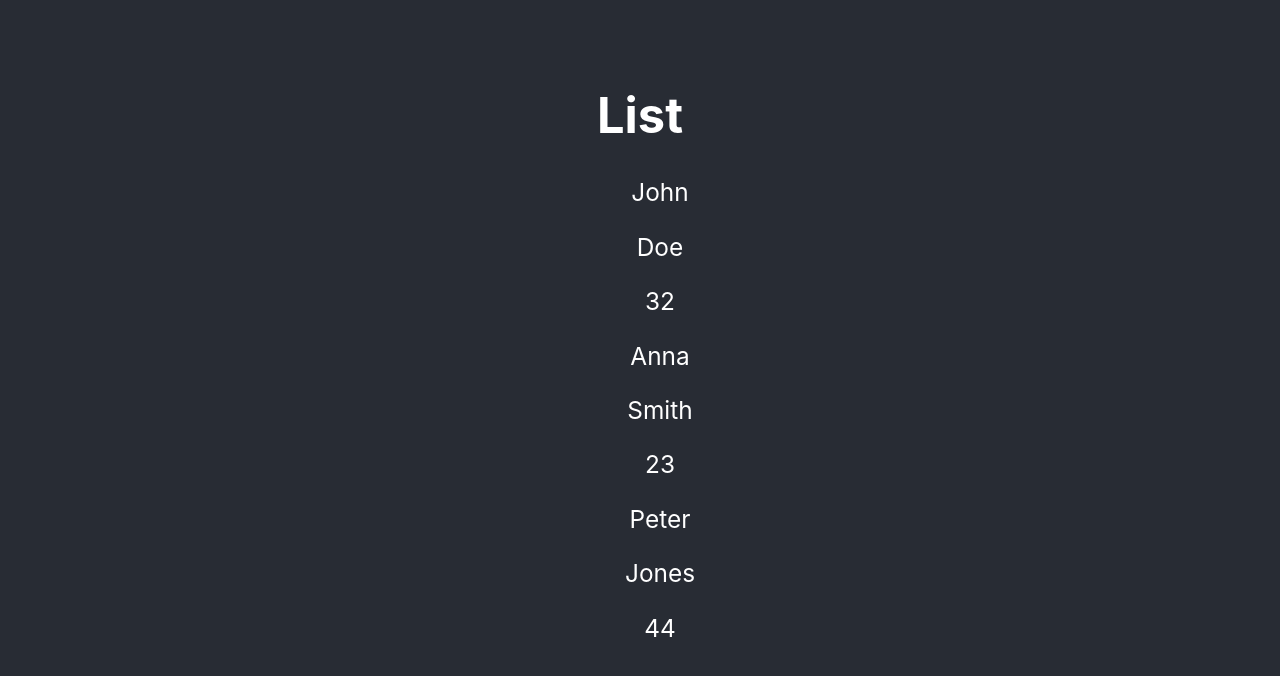
Repository: JasonMorta/ExamplesWithReact
Page: / (app in examples/)
An editor plug-in stored every save of this project. The page is shown before and after a run of saves, followed by the edit.
The browser window is 1280 px wide. The pictures show the whole page.
The project was rebuilt for these pictures with package versions that can differ from the ones it lists, and the page was loaded fresh each time.

Above is the page before, as saved 2022-10-03 19:39:44.

### examples/src/App.js
import logo from './logo.svg';
import './App.css';
import Instance from './components/Instance';





function App() {
  return (
    <div className="App">
      <header className="App-header">
      <Instance />
      </header>
    </div>
  );
}

export default App;

### examples/src/components/Instance.jsx
import React from 'react'

export default function Instance() {

const employees = [
  { firstName: "John", lastName: "Doe", age: 32 },
  { firstName: "Anna", lastName: "Smith", age: 23 },
  { firstName: "Peter", lastName: "Jones", age: 44 },
];






  return (
    <div>
      <h1>List</h1>

      {employees.map((obj, index) => (

        <ul>
         <p>{obj.firstName}</p>
         <p>{obj.lastName}</p>
         <p>{obj.age}</p>
        </ul>

      ))}

    </div>
  );
}

Loaded but not shown: examples/public/index.html (common file); examples/src/index.js (common file); examples/src/index.css (common file); examples/src/reportWebVitals.js (common file); examples/src/App.css (common file)

After the next 2 saves:
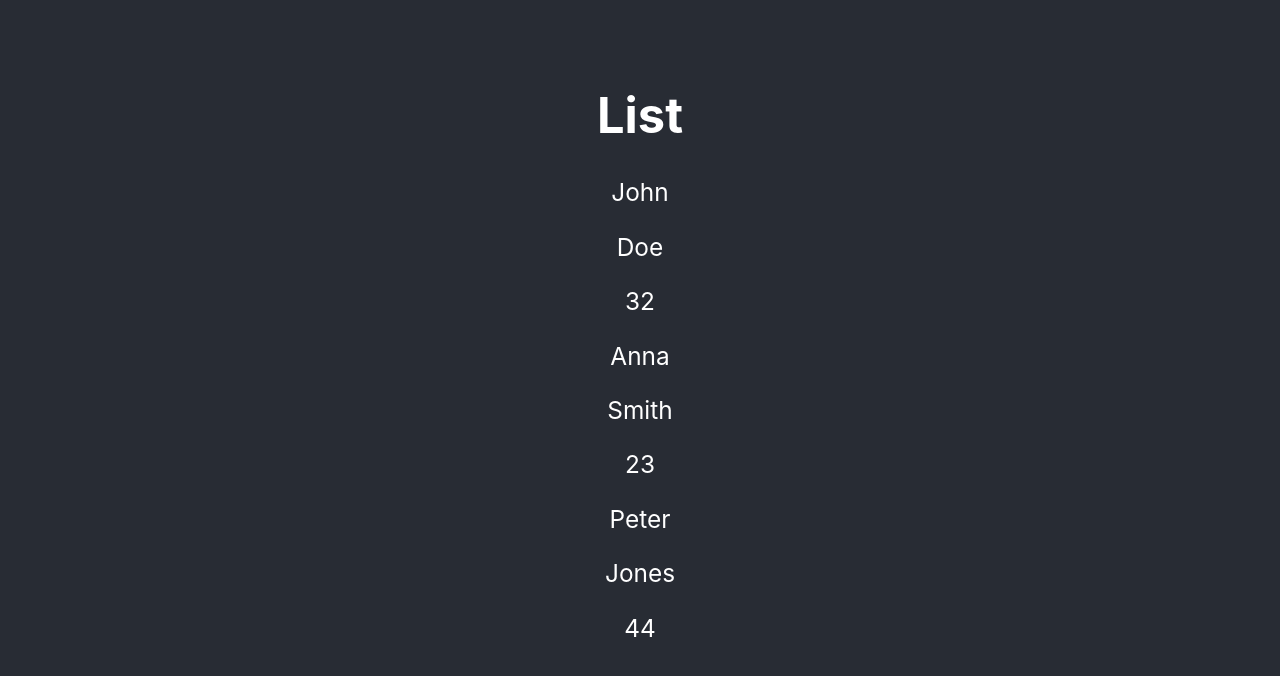
The 2 saves are shown as one change because they came seconds apart.
The last was saved 12 s later.
--- a/examples/src/components/Instance.jsx
+++ b/examples/src/components/Instance.jsx
@@ -19,11 +19,11 @@ const employees = [
 
       {employees.map((obj, index) => (
 
-        <ul>
+        <>
          <p>{obj.firstName}</p>
          <p>{obj.lastName}</p>
          <p>{obj.age}</p>
-        </ul>
+        </>
 
       ))}
 
